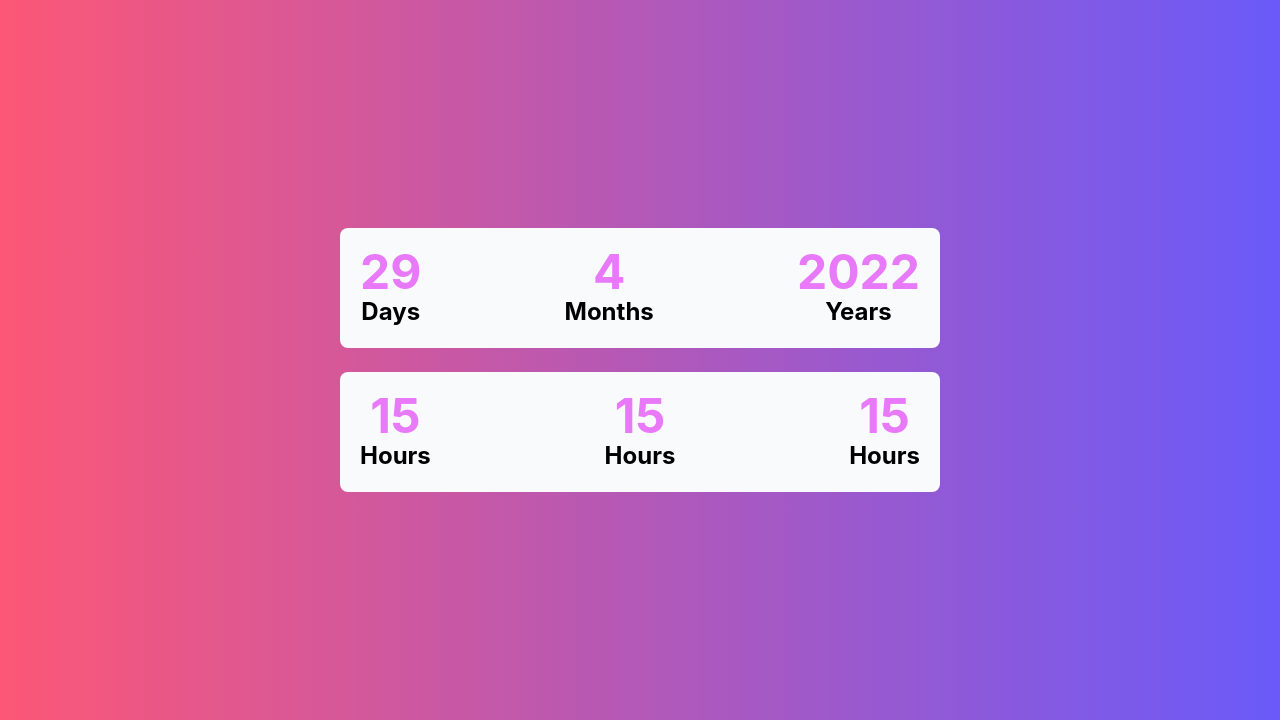
Repository: huynhsang96/bt_codegymHook
Page: /
An editor plug-in stored every save of this project. The page is shown before and after the next save, followed by the edit.
The browser window is 1280 px wide. The pictures show the whole page.
The project was rebuilt for these pictures with package versions that can differ from the ones it lists, and the page was loaded fresh each time.

Above is the page before, as saved 2022-04-29 16:45:06.

After the next save:
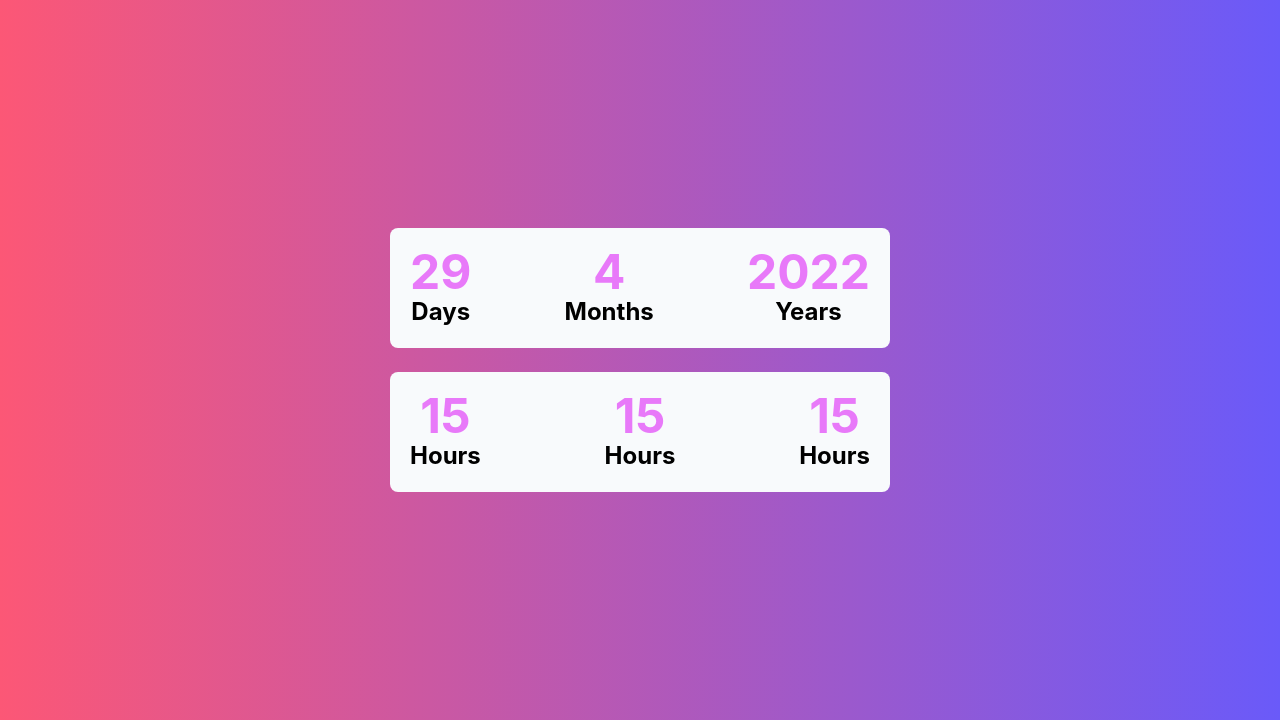
Saved 14 s later.
--- a/src/component/ClockHook/Clock.js
+++ b/src/component/ClockHook/Clock.js
@@ -19,7 +19,7 @@ const Clock = () => {
 
 	return (
 		<div className="p-5 w-full h-full mx-auto">
-			<ul className="flex w-[600px] flex-row justify-between bg-slate-50 p-5 rounded-lg">
+			<ul className="flex w-[500px] flex-row justify-between bg-slate-50 p-5 rounded-lg">
 				<li className="flex flex-col justify-center text-center">
 					<span className="font-bold text-5xl text-fuchsia-400">{days}</span>
 					<span className="font-bold text-2xl">Days</span>
